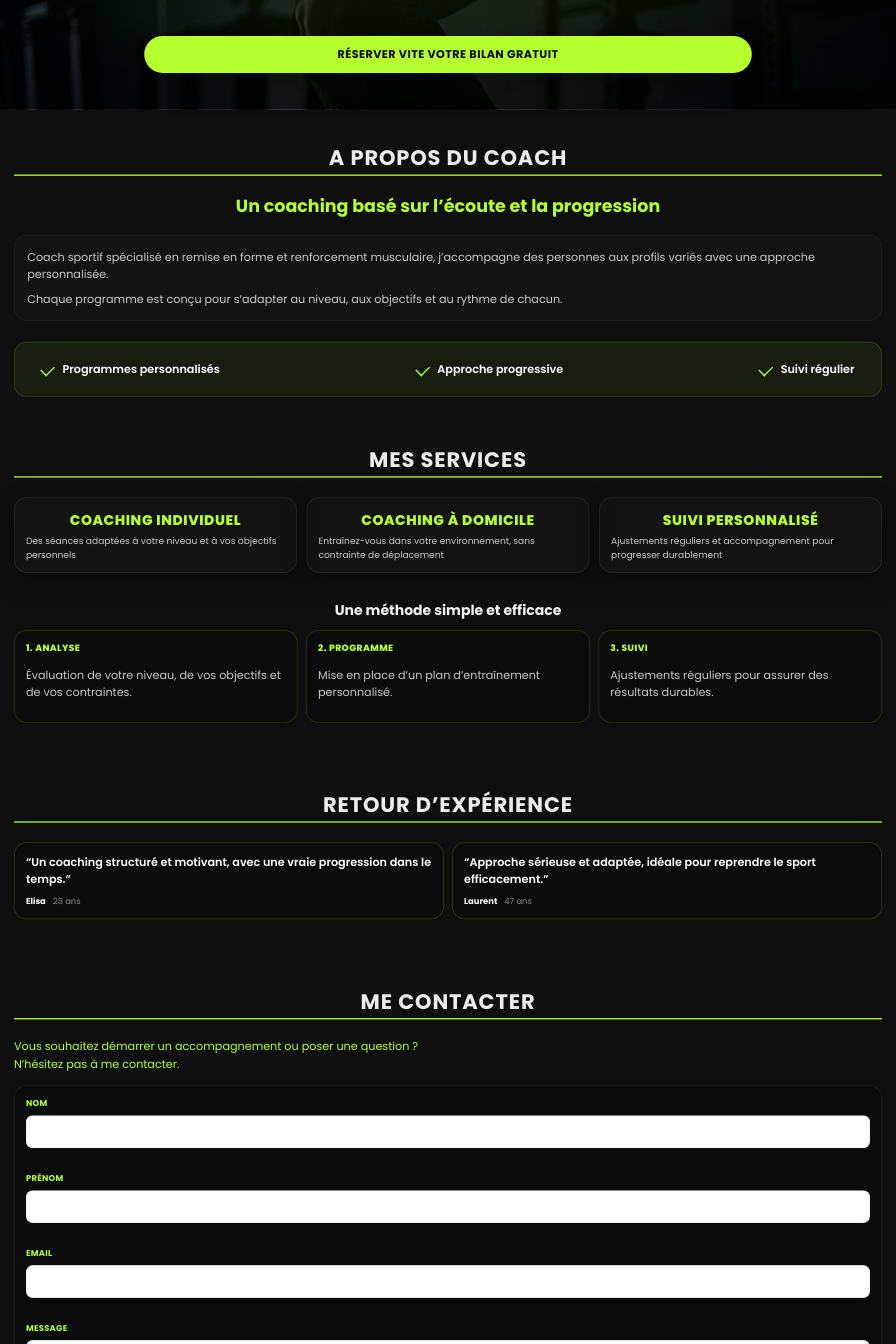
Repository: ThomasHdrd/CoachFitness
Page: index.html
These files come from the project's save history. The page is drawn as it stood at one moment and after the next save; the edit follows.
The browser window is 1280 px wide. The pictures show the part of the page from y = 335 to 2255 px (the page is 3106 px tall), at 70% of full size.

Above is the page before, as saved 2026-01-20 22:46:16.

After the next save:
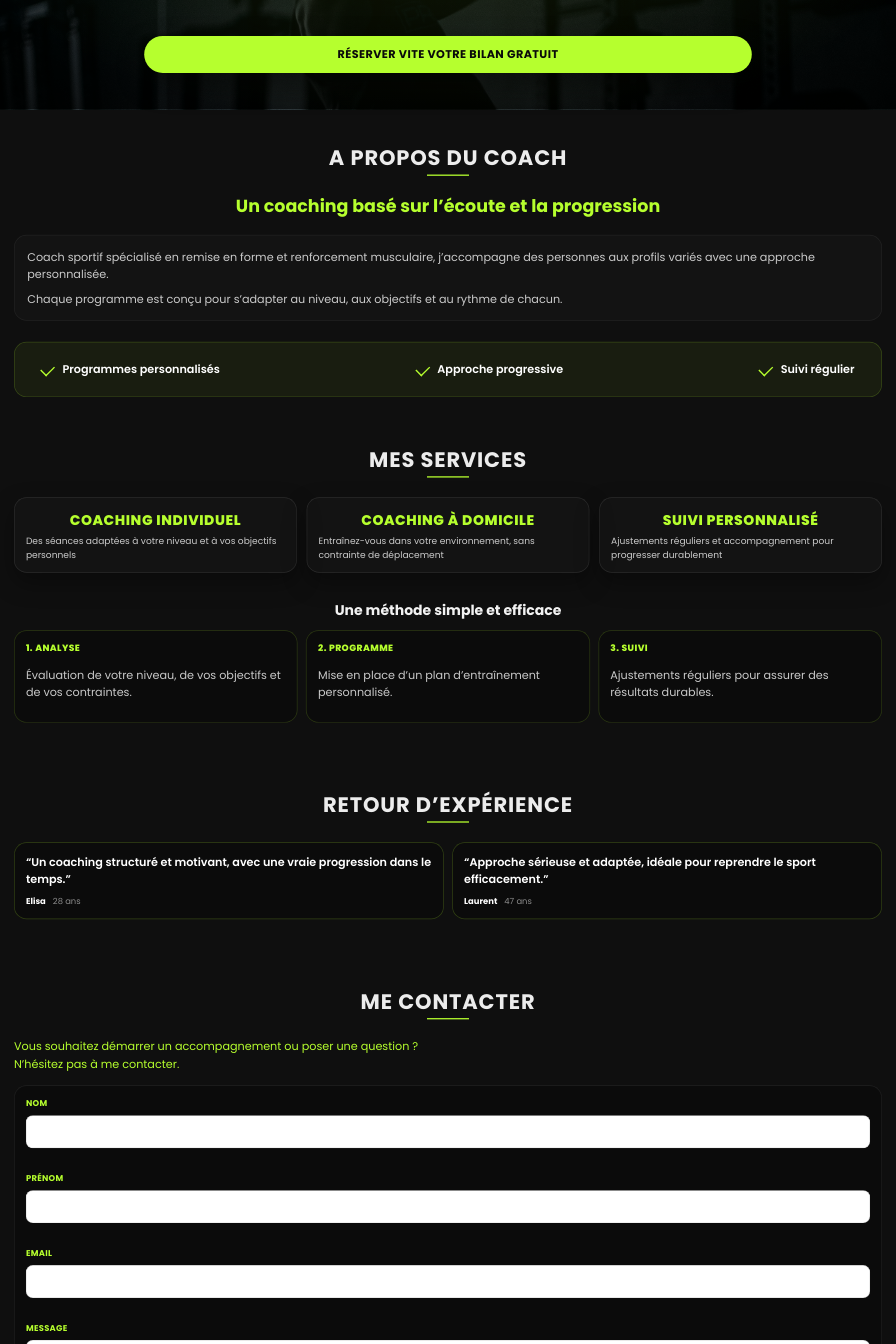
Saved 10 s later.
--- a/styles.css
+++ b/styles.css
@@ -220,7 +220,8 @@ body{
 .section-title::after {
   content: "";
   display: block;
-  width: 100%; /* Change to 100% to match the width of the text */
+  width: fit-content;
+  width: 60px;
   height: 2px;
   background-color: var(--accent);
   margin: 0 auto;
